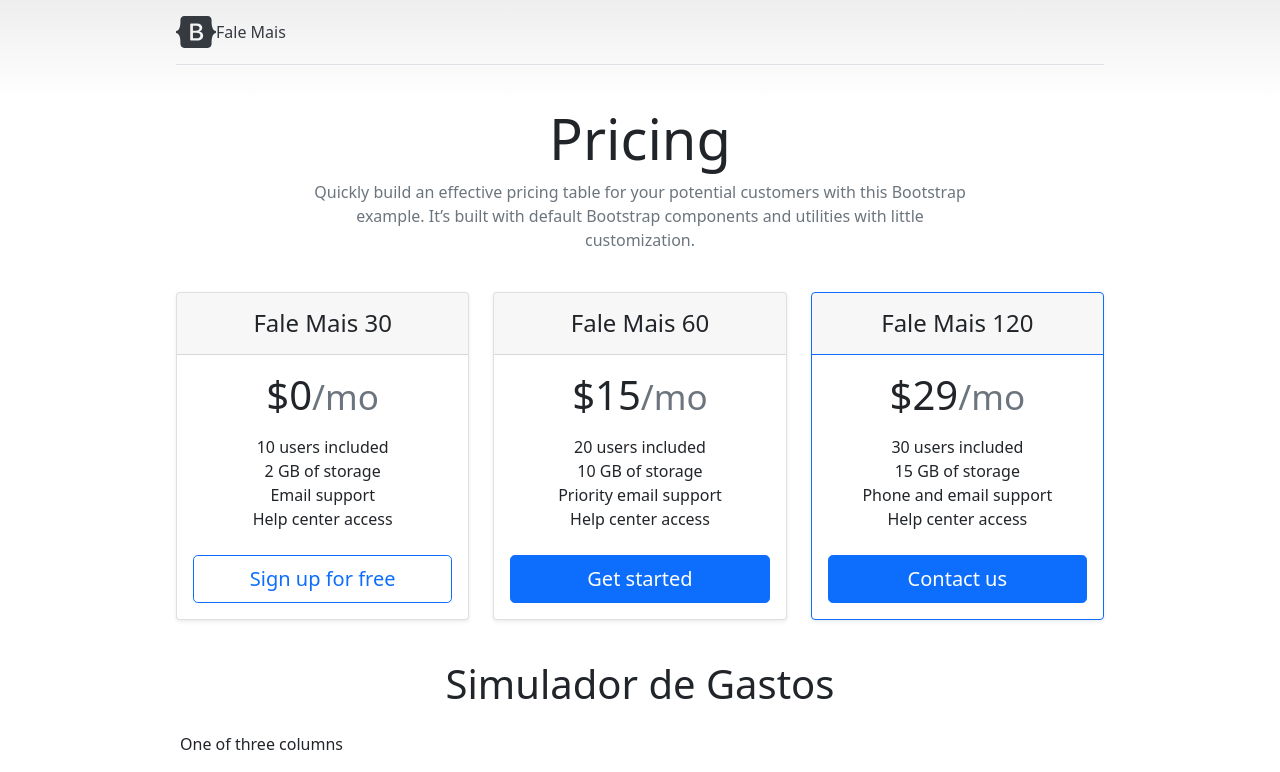
Repository: JuniorMagalhaesDeAlcantara/Fale-Mais
Page: src/resource/index.html
The author's editor kept a copy of each file at every save. The page is drawn from the files as they stood at one save, then again after the next save.
The browser window is 1280 px wide. The pictures show the whole page.

Above is the page before, as saved 2022-08-02 14:52:54.

After the next save:
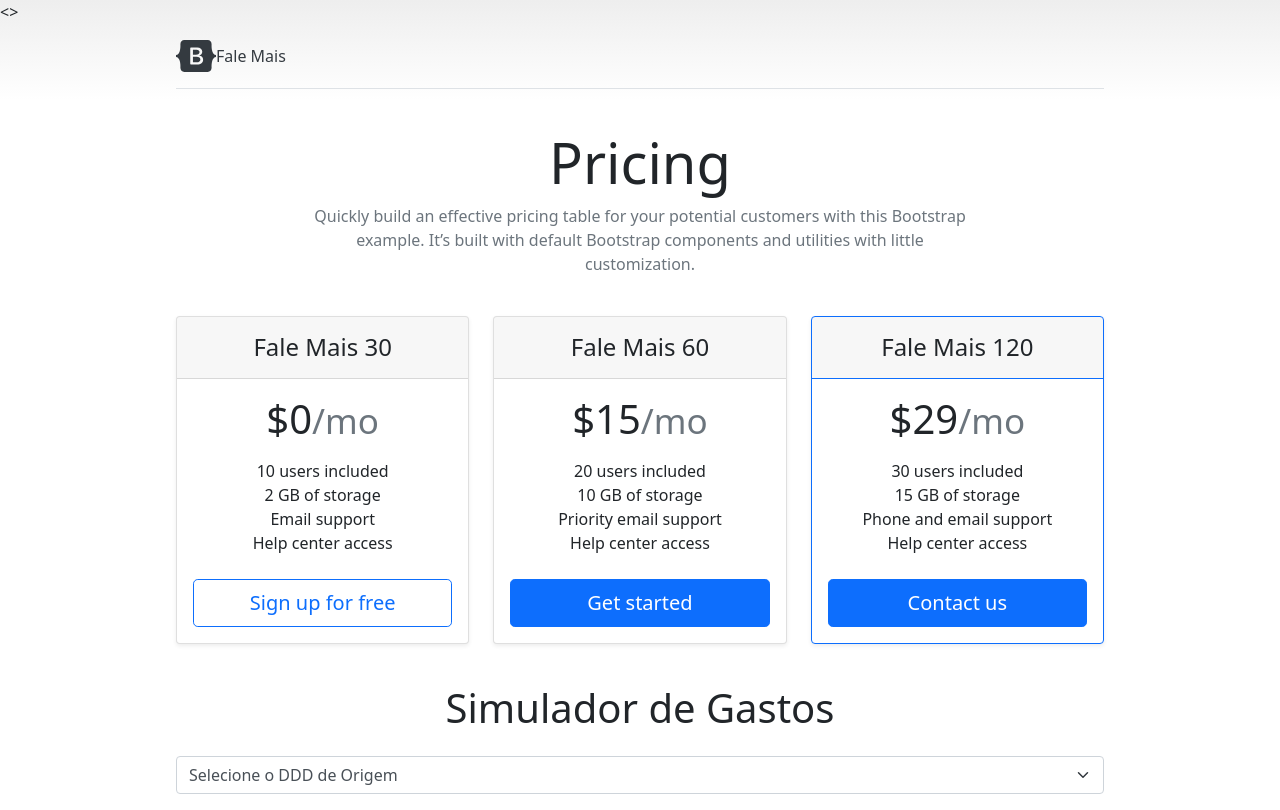
Saved 13 min 17 s later.
--- a/src/resource/index.html
+++ b/src/resource/index.html
@@ -14,7 +14,7 @@
       <!-- Custom styles for this template -->
       <link href="../resource/css/style.css" rel="stylesheet">
     </head>
-    <body>
+    <>
 
   <svg xmlns="http://www.w3.org/2000/svg" style="display: none;">
     <symbol id="check" viewBox="0 0 16 16">
@@ -95,17 +95,17 @@
 
       <h2 class="display-6 text-center mb-4">Simulador de Gastos</h2>
 
-
-      <footer class="container">
+      <select class="form-select" aria-label="Default select example">
+        <option selected>Selecione o DDD de Origem</option>
+        <option value="1">11</option>
+        <option value="2">16</option>
+        <option value="3">17</option>
+        <option value="4">15</option>
+      </select>
 
 
-              <div class="row align-items-center col align-self-center">
-                One of three columns
-              </div>
-
-
-      </footer>
-
+      </main>
+      </div>
 
 
     </body>
